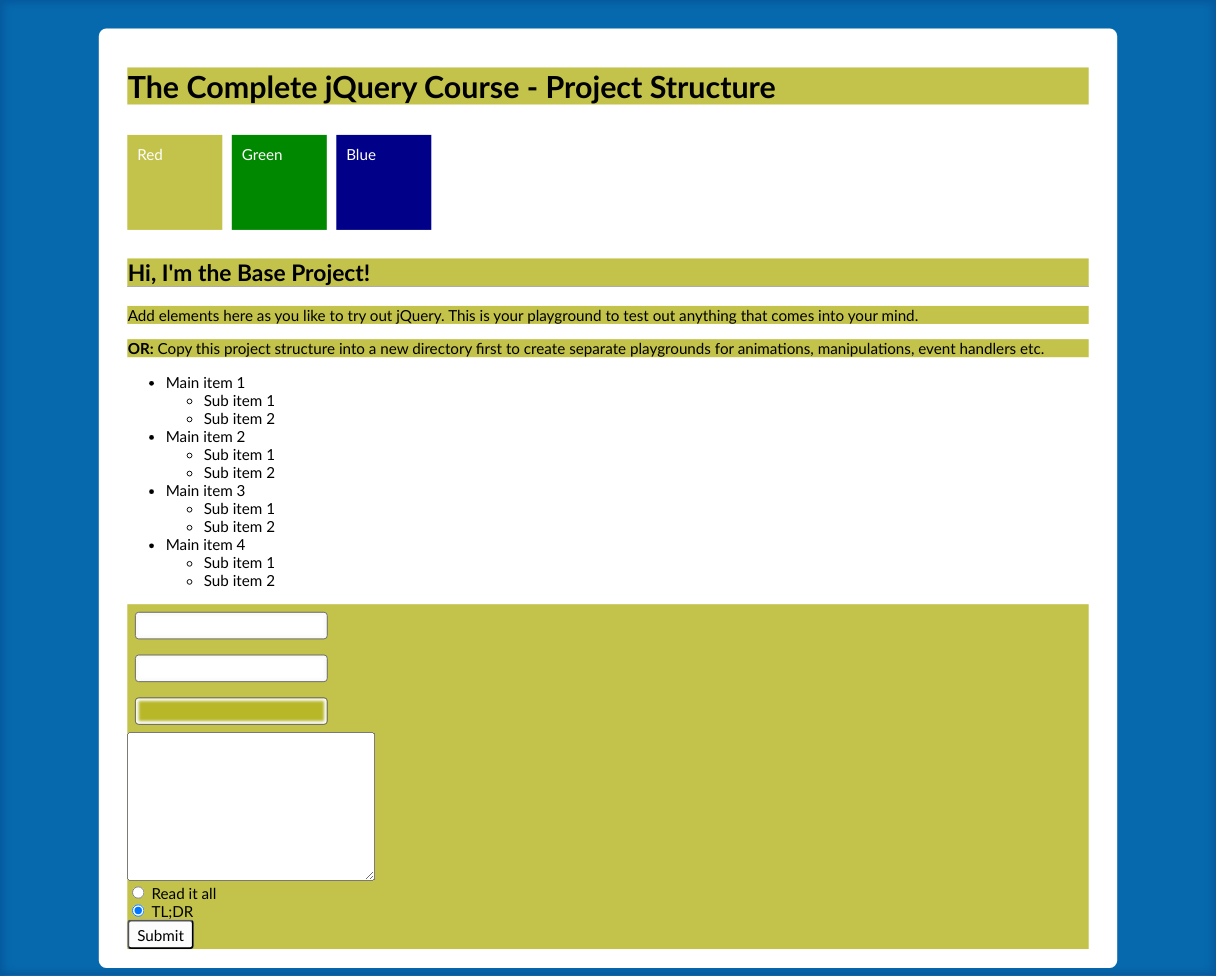
Repository: vpriyankaprabhu/Jquery-examples
Page: 03/traversals/index.html
The author's editor kept a copy of each file at every save. The page is drawn from the files as they stood at one save, then again after the next save.
The browser window is 1280 px wide. The pictures show the whole page, at 95% of full size.

Above is the page before, as saved 2024-12-29 18:28:16.

### 03/traversals/index.html
<!DOCTYPE html>
<html lang="en">
<head>
  <meta charset="UTF-8">
  <script src="https://code.jquery.com/jquery-1.12.3.min.js" integrity="sha256-aaODHAgvwQW1bFOGXMeX+pC4PZIPsvn2h1sArYOhgXQ=" crossorigin="anonymous"></script>
  <script src="js/script.js"></script>
  <link rel="stylesheet" href="css/style.css">
  <title>The Complete jQuery Course - Project Structure</title>
</head>
<body>
  <div id="content">
    <h1>The Complete jQuery Course - Project Structure</h1>

    <div class="red-box">Red</div>
    <div class="green-box">Green</div>
    <div class="blue-box">Blue</div>
    <div class="clear"></div>

    <h2>Hi, I'm the Base Project!</h2>
    <p>Add elements here as you like to try out jQuery. This is your playground to test out anything that comes into your mind.</p>
    <p><strong>OR:</strong> Copy this project structure into a new directory first to create separate playgrounds for animations, manipulations, event handlers etc.</p>
    <!-- An unordered list with ID "list" -->
    <ul id="list">
      <li>Main item 1
        <ul>
          <li>Sub item 1</li>
          <li>Sub item 2</li>
        </ul></li>
      <li>Main item 2
        <ul>
          <li>Sub item 1</li>
          <li>Sub item 2</li>
        </ul></li>
      <li>Main item 3
        <ul>
          <li>Sub item 1</li>
          <li>Sub item 2</li>
        </ul></li>
      <li>Main item 4
        <ul>
          <li>Sub item 1</li>
          <li>Sub item 2</li>
        </ul></li>
    </ul>

    <!-- A form element without class or ID  -->
    <form action="">
      <input type="text"><br>
      <input type="email"><br>
      <input type="password"><br>
      <textarea name="message" id="message" cols="30" rows="10"></textarea><br>
      <input type="radio" name="toc" value="read" id="read"> <label for="read">Read it all</label> <br>
      <input type="radio" name="toc" value="tldr" checked> <label for="tldr">TL;DR</label> <br>
      <input type="submit" value="Submit">
    </form>
  </div>
</body>
</html>

### 03/traversals/js/script.js
$(function () {

  // NOTE: Some of the selectors below overlap. To see the exact effect of one
  // of them, please comment out all others.

  // Select the #list and find all <li> tags it contains
  // This contains even indirect children further down in the hierarchy
  // var items = $("#list").find("li");
  // highlight(items);

  // Select the #list and find only <li> that are *direct* children
  // Note that this will still produce a yellow background around the whole list
  // because the direct children <li> have enough height to contain their children
  // var children = $("#list").children("li");
  // highlight(children);

  // Search for even non-direct parents
  // var body = $("#list").parents("body");
  // highlight(body);

  // Select the (unique) direct parent of an element
  var content = $("#list").parent();
  // highlight(content);

  // Search through siblings on the same level in the HTML hierarchy
  var siblingHeadlines = $("#list").siblings(":header");
  highlight(siblingHeadlines);

  // Select the previous sibling of a selected element
  var previous = $("#list").prev();
  highlight(previous);

  // Select the next sibling of a selected element
  var next = $("#list").next();
  highlight(next);

  var headerNextElements = $(":header").next();
  highlight(headerNextElements);

  var passwordInputElements = $("input[type=password]");
  highlight(passwordInputElements);

});

// Helper function which highlights the given element with yellow background
function highlight(element) {
  element.css("background-color", "rgba(180, 180, 30, 0.8)");
}

### 03/traversals/css/style.css
.lightbox {
  position: absolute;
  top: 0;
  left: 0;
  display: none;
  width: 30%;
  height: 60%;
  padding: 15% 35% 25% 35%;
  color: #000000;
  background-color: rgba(200, 100, 0, 0.9);
  text-align: center;
  text-shadow: #333 0 1px 0; }

.red-box {
  float: left;
  width: 80px;
  height: 80px;
  margin: 10px 10px 10px 0;
  padding: 10px;
  color: #ffffff;
  background-color: #880000; }

.green-box {
  float: left;
  width: 80px;
  height: 80px;
  margin: 10px 10px 10px 0;
  padding: 10px;
  color: #ffffff;
  background-color: #008800; }

.blue-box {
  float: left;
  width: 80px;
  height: 80px;
  margin: 10px 10px 10px 0;
  padding: 10px;
  color: #ffffff;
  background-color: #000088; }

.large {
  font-size: 125%;
}

.emphasize {
  color: #666;
  font-style: italic;
}

fieldset {
  border-radius: 4px;
  -moz-border-radius: 4px;
  -webkit-border-radius: 4px; }

label {
  display: inline-block;
  min-width: 100px; }

input[type="text"], input[type="email"], input[type="password"], input[type="tel"] {
  margin: 8px;
  padding: 6px 12px;
  outline: none;
  border: 1px solid #666;
  border-radius: 4px;
  box-shadow: inset 0 0 3px 3px #fafafa; }

input[type="submit"] {
  font-family: "Trebuchet MS", Verdana, Arial, sans-serif;
  font-size: 16px;
  padding: 4px 8px;
  background-color: #fcfcfc;
  box-shadow: 0 0 1px 0 #aaa;
  -webkit-border-radius: 4px;
  -moz-border-radius: 4px;
  border-radius: 4px; }
  input[type="submit"]:hover {
    background-color: #f4f4f4;
    box-shadow: 0 0 1px 0 #ccc; }

html {
  min-height: 100%;
  background-color: #0769ad;
  box-shadow: 0 0 8px 4px #06599d inset; }

body {
  font-size: 16px;
  font-family: "Trebuchet MS", Verdana, Arial, sans-serif; }

.clear {
  clear: both; }

#content {
  overflow: auto;
  width: 80%;
  background-color: #fff;
  margin: 30px auto 0 auto;
  padding: 20px 30px;
  border-radius: 8px;
  -moz-border-radius: 8px;
  -webkit-border-radius: 8px; }

h1 {
  color: #000; }

h2 {
  border-bottom: 1px solid #aaa; }

#dashboard {
  position: absolute;
  width: 120px;
  height: 60%;
  left: -140px;
  top: 100px;
  padding: 20px;
  border-radius: 0 6px 6px 0;
  box-shadow: 0 0 3px 3px #f0f0f0;
  background-color: #999; }

.fancy-link {
  display: inline-block;
  text-decoration: none;
  color: #111199; }

.fancy-link:after {
  display: block;
  content: '';
  border-bottom: solid 1px #22a;
  transform: scaleX(0.0001);
  transition: transform 250ms ease-in-out; }

.fancy-link:hover:after {
  transform: scaleX(1); }

/*# sourceMappingURL=style.css.map */

After the next save:
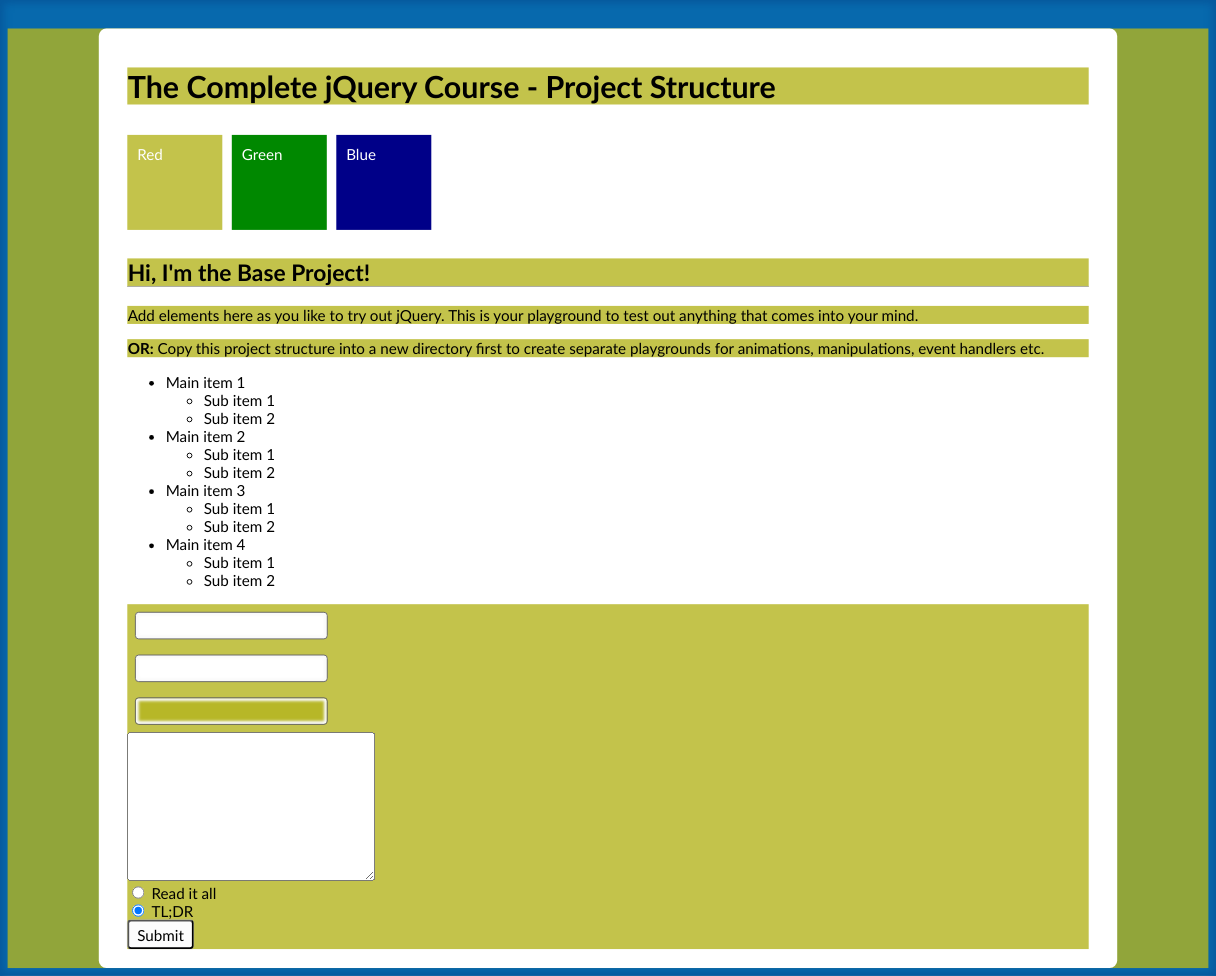
Saved 4 s later.
--- a/03/traversals/js/script.js
+++ b/03/traversals/js/script.js
@@ -15,8 +15,8 @@
   // highlight(children);
 
   // Search for even non-direct parents
-  // var body = $("#list").parents("body");
-  // highlight(body);
+  var body = $("#list").parents("body");
+  highlight(body);
 
   // Select the (unique) direct parent of an element
   var content = $("#list").parent();
